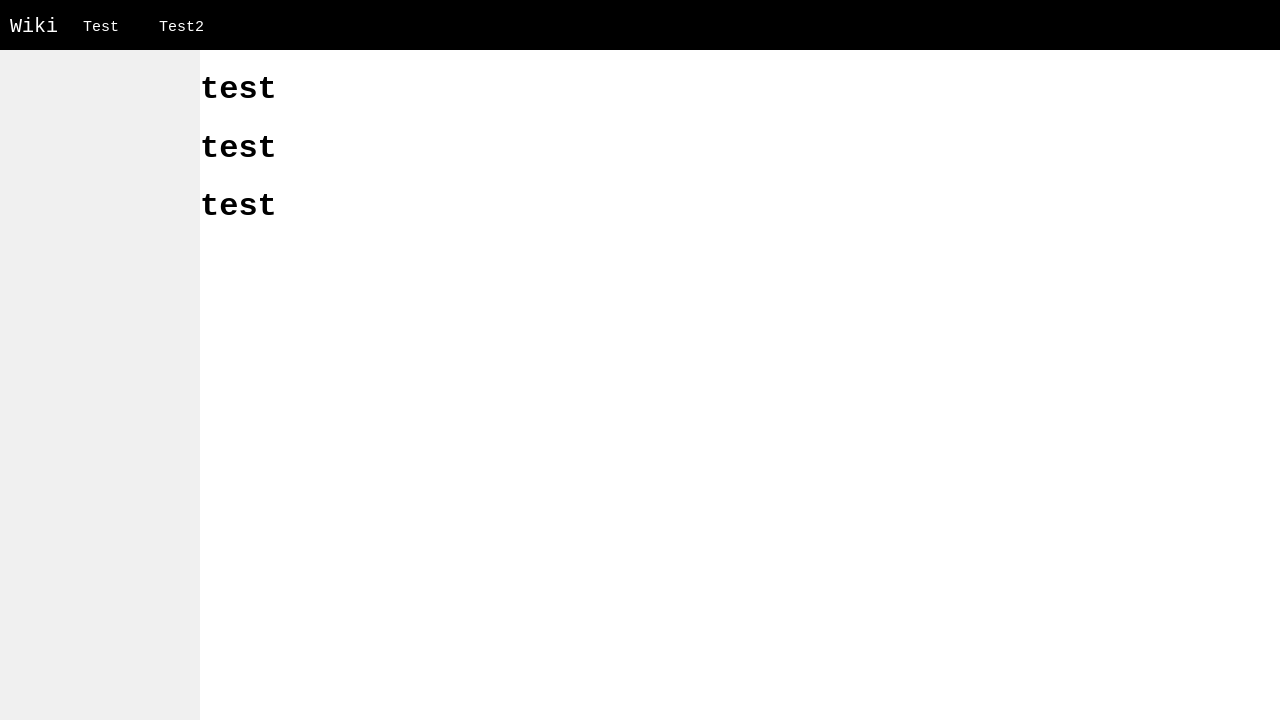
Repository: TimKral5/WikiPage
Page: index.html
These files come from the project's save history. The page is drawn as it stood at one moment and after a run of saves; the edit follows.
The browser window is 1280 px wide. The pictures show the whole page.

Above is the page before, as saved 2022-11-05 09:30:25.

### index.html
<!DOCTYPE html>
<html lang="en">

<head>
    <meta charset="UTF-8">
    <meta http-equiv="X-UA-Compatible" content="IE=edge">
    <meta name="viewport" content="width=device-width, initial-scale=1.0">
    <title>Wiki</title>

    <link rel="stylesheet" href="style.css">
    <link rel="stylesheet" href="ScrollbarAndNosellect.css">
    <script src="tab-system.js" defer></script>
</head>

<body>
    <div class="nav-top">
        <div class="title">Wiki</div>
        <a class="item" href="#main/test">Test</a>
        <a class="item" href="#main/test2">Test2</a>
    </div>
    <div class="nav-side">

    </div>

    <div id="content" name="main" class="tabgroup">
        <div name="test" class="tab">
            <h1>test</h1>
            <h1>test</h1>
            <h1>test</h1>
        </div>
        <div name="test2" class="tab">
            <h1>test2</h1>
            <h1>test2</h1>
            <h1>test2</h1>
            <h1>test2</h1>
        </div>
    </div>
</body>

</html>

### style.css
html, body {
    font-family: "Courier New";
}

body > div#content {
    position: absolute;
    top: 50px;
    left: 200px;
    right: 0px;
    bottom: 0px;
}

div.nav-side {
    position: absolute;
    top: 50px;
    left: 0px;
    bottom: 0px;
    width: 200px;
    background-color: rgb(240, 240, 240);
}

div.nav-top {
    position: absolute;
    top: 0px;
    left: 0px;
    right: 0px;
    height: 50px;
    display: flex;

    background-color: black;
}
div.nav-top > div.title {
    display: flex;
    color: white;
    align-content: center;
    width: max-content;
    padding-top: 15px;
    margin-left: 10px;
    font-size: 20px;
}
div.nav-top > a.item {
    display: flex;
    color: white;
    align-content: center;

    width: max-content;
    height: max-content;

    margin-top: 10px;
    margin-left: 10px;

    padding-top: 8.79px;
    padding-left: 15px;
    padding-right: 15px;
    padding-bottom: 7px;

    font-size: 15px;
    text-decoration: none;
    border-radius: 5px;
}
div.nav-top > a.item:hover {
    background-color: rgb(50, 50, 50);
}

### ScrollbarAndNosellect.css
::-webkit-scrollbar {
    width: 13px;
}

::-webkit-scrollbar-track {
    background: transparent;
}

::-webkit-scrollbar-thumb {
    background: rgb(30, 30, 30);
    border-radius: 5px;
}

::-webkit-full-screen {
    /*background-color: black;*/
}

html,
body {
    -webkit-user-select: none;
    -webkit-touch-callout: none;
    -moz-user-select: none;
    -ms-user-select: none;
    user-select: none;

}

### tab-system.js
(() => {

    const config = {
        defTab: "main/test"
    }

    var tabs = {};
    function tabHandler() {
        document.querySelectorAll("div.tabgroup").forEach(tabgroup => {
            tabgroup.querySelectorAll("div.tab").forEach(tab => {
                tabs[tabgroup.getAttribute("name") + "/" + tab.getAttribute("name")] = tab;
                tab.setAttribute("hidden", "");
                for (var confTab in config.actTabs) {
                    if (confTab == tabgroup.getAttribute("name" + "/" + tab.getAttribute("name"))) {
                        tab.removeAttribute("hidden");
                    }
                }
            });
        });

        for (var t in window.location.hash.split(";")) {

        }

        (() => {
            var _tab = window.location.hash;
            if (_tab == "")
                _tab = config.defTab;
            var frag = _tab.split("/");
            frag[0] = frag[0].replace("#", "");
            var tab = document.querySelector(`div.tabgroup[name="${frag[0]}"]>div.tab[name="${frag[1]}"]`);
            console.log(tab);
            console.log(window.location.hash);
            tab.removeAttribute("hidden");
        })();
    }

    tabHandler();
    console.log(tabs);
    window.addEventListener("hashchange", tabHandler);
})();

After the next 2 saves:
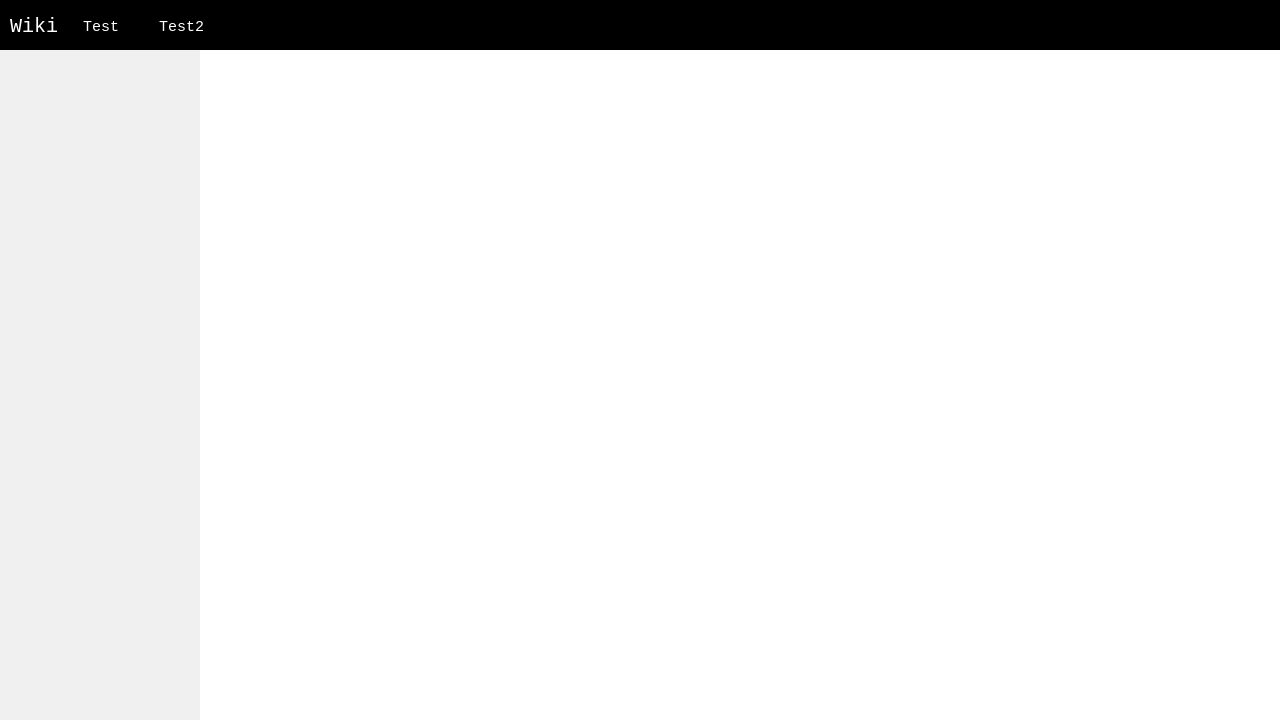
Console error: TypeError: Cannot read properties of null (reading 'removeAttribute')
The 2 saves are shown as one change because they came seconds apart.
The last was saved 20 s later.
--- a/tab-system.js
+++ b/tab-system.js
@@ -19,11 +19,7 @@
         });
 
         for (var t in window.location.hash.split(";")) {
-
-        }
-
-        (() => {
-            var _tab = window.location.hash;
+            var _tab = t;
             if (_tab == "")
                 _tab = config.defTab;
             var frag = _tab.split("/");
@@ -32,7 +28,7 @@
             console.log(tab);
             console.log(window.location.hash);
             tab.removeAttribute("hidden");
-        })();
+        }
     }
 
     tabHandler();
